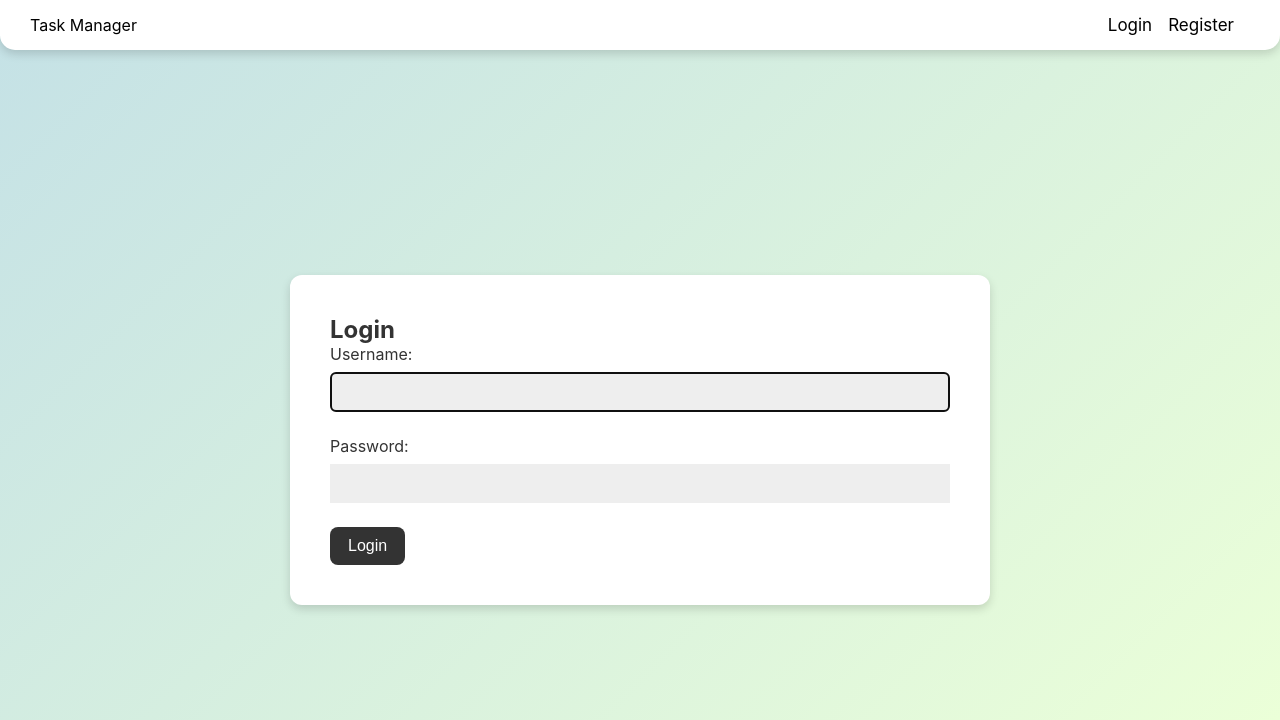
Repository: moatazbenma/fullstack-projects
Page: http://localhost/login/
An editor plug-in stored every save of this project. The page is shown before and after a run of saves, followed by the edit.
The browser window is 1280 px wide. The pictures show the whole page.
The page is served by the project's application, run on Django 5.2 (taskmanager/manage.py). Other server files are loaded and not shown.

Above is the page before, as saved 2025-06-01 13:42:36.

### taskmanager/tasks/templates/tasks/login.html
{% extends "tasks/base.html" %}
{% block title %}Login{% endblock title %}




{% block content %}
<h2>Login</h2>
<form method="post">
    {% csrf_token %}
    {{form.as_p}}
    <button type="submit">Login</button>
</form>




{% endblock content %}

### taskmanager/tasks/templates/tasks/base.html
{% load static %}
<html lang="en">
<head>
    <meta charset="UTF-8">
    <meta name="viewport" content="width=device-width, initial-scale=1.0">
    <title>{% block title %}Task Manager{% endblock title %}</title>
    <link rel="stylesheet" href="{% static "tasks/style.css" %}">
</head>
<body>
    <nav>
        <a class="logo" href="{% url "task-list" %}">Task Manager</a>
        <div class="nav-links">
        {% if user.is_authenticated %}
        <p class="user-info">Hello, {{user.username}}!</p>
                <a href="{% url "task-list" %}">Tasks</a>
                <a href="{% url "about_us"%}">About Us</a>
                <a href="{% url "logout" %}">Log Out</a>
        {%else%}

                <a href="{% url 'login' %}">Login</a>
                <a href="{% url 'register' %}">Register</a>
        {% endif %}
        <div class="nav-links">

    </nav>
    <div class="container">
        {% block content %}{% endblock %}
    </div>
</body>
</html>

### taskmanager/tasks/views.py
from django.shortcuts import render, redirect, get_object_or_404
from django.contrib.auth import login, logout
from django.contrib.auth.forms import AuthenticationForm
from django.contrib.auth.decorators import login_required
from .models import Task
from .forms import RegisterForm, TaskForm

def register_view(request):
    if request.method == 'POST':
        form = RegisterForm(request.POST)
        if form.is_valid():
            user = form.save()
            login(request, user)
            return redirect('task-list')
    else:
        form = RegisterForm()
    return render(request, 'tasks/register.html', {'form': form})

def login_view(request):
    if request.method == 'POST':
        form = AuthenticationForm(data=request.POST)
        if form.is_valid():
            user = form.get_user()
            login(request, user)
            return redirect('task-list')
    else:
        form = AuthenticationForm()
    return render(request, 'tasks/login.html', {'form': form})

def logout_view(request):
    logout(request)
    return redirect('login')

@login_required
def task_list(request):
    priority_filter = request.GET.get('priority')
    tasks = Task.objects.filter(user_id=request.user.id)

    if priority_filter in ['high', 'medium', 'low']:
        tasks = tasks.filter(priority=priority_filter)

    return render(request, 'tasks/task-list.html', {'tasks': tasks, 'selected_priority': priority_filter})

@login_required
def task_create(request):
    if request.method == 'POST':
        form = TaskForm(request.POST)
        if form.is_valid():
            task = form.save(commit=False)
            task.user = request.user
            task.save()
            return redirect('task-list')
    else:
        form = TaskForm()
    return render(request, 'tasks/task-form.html', {'form': form})

@login_required
def task_edit(request, pk):
    task = get_object_or_404(Task, pk=pk, user_id=request.user.id)
    if request.method == 'POST':
        form = TaskForm(request.POST, instance=task)
        if form.is_valid():
            form.save()
            return redirect('task-list')
    else:
        form = TaskForm(instance=task)
    return render(request, 'tasks/task-form.html', {'form': form})

@login_required
def task_delete(request, pk):
    task = get_object_or_404(Task, pk=pk, user_id=request.user.id)
    task.delete()
    return redirect('task-list')



@login_required
def about_us(request):
    return render(request, 'tasks/about_us.html')

### taskmanager/taskmanage/urls.py
"""
URL configuration for taskmanage project.

The `urlpatterns` list routes URLs to views. For more information please see:
    https://docs.djangoproject.com/en/5.2/topics/http/urls/
Examples:
Function views
    1. Add an import:  from my_app import views
    2. Add a URL to urlpatterns:  path('', views.home, name='home')
Class-based views
    1. Add an import:  from other_app.views import Home
    2. Add a URL to urlpatterns:  path('', Home.as_view(), name='home')
Including another URLconf
    1. Import the include() function: from django.urls import include, path
    2. Add a URL to urlpatterns:  path('blog/', include('blog.urls'))
"""
from django.contrib import admin
from django.urls import path, include

urlpatterns = [
    path('admin/', admin.site.urls),
    path('', include('tasks.urls')),
]

### taskmanager/tasks/urls.py
from django.urls import path
from . import views
from django.conf import settings
from django.conf.urls.static import static

urlpatterns = [
    path('register/', views.register_view, name='register'),
    path('login/', views.login_view, name='login'),
    path('logout/', views.logout_view, name='logout'),
    path('', views.task_list, name='task-list'),
    path('add/', views.task_create, name='task-create'),
    path('edit/<int:pk>/', views.task_edit, name='task-edit'),
    path('delete/<int:pk>/', views.task_delete, name='task-delete'),
    path('about/', views.about_us, name="about_us"),
]

### taskmanager/tasks/static/tasks/style.css
*{
    margin: 0;
    padding: 0;
    box-sizing: border-box;
}

body{
    padding-top: 100px;
    font-family: 'Inter', sans-serif;
    background: linear-gradient(135deg, #C4E1E6, #EBFFD8)	;
    color: #333
}

nav{
    background-color: #ffffff;
    color: #000000;
    padding: 15px 30px;
    display: flex;
    justify-content: flex-end;
    align-items: center;
    gap: 20px;
    box-shadow: 0 4px 10px rgba(0, 0, 0, 0.15);
    border-radius: 0 0 15px 15px;
    position: fixed;
    top: 0;
    width: 100%;
    z-index: 100;
    white-space: nowrap;
}

nav .nav-links a{
    color: black;
    text-decoration: none;
    margin-right: 16px;
    font-weight: 400;
    font-size: 17px;
}

nav .nav-links a:hover{
    color: #333;
}

@media (min-width: 1024px) {
  body {
    display: flex;
    justify-content: center;
    align-items: center;
  }
}


.container{
    background-color: white;
    padding: 40px;
    margin: 100px auto 40px auto;
    border-radius: 12px;
    box-shadow: 0 4px 10px rgba(0, 0, 0, 0.15);
    width: 100%;
    max-width: 700px;
}

ul{
    list-style-type: none;
}


li{
    background-color:  #f5f7fa;
    padding: 15px 20px;
    border-radius: 10px;
    margin-bottom: -15px;
    margin-top: 25px;
    font-size: 15px;
    display: flex;
    justify-content: space-between;
    box-shadow: 0 2px 5px rgba(0,0,0,0.1);
    border: 1px solid #e0e0e0;
    color: #3d3c3c;
    align-items: center;



}

li.high {
    border-left: 6px solid #f44336;
}

li.medium {
    border-left: 6px solid #ff9800;
}

li.low {
    border-left: 6px solid #4caf50;
}



li:hover{
    background-color: #ffffff;
    box-shadow: 0 2px 5px rgba(0,0,0,0.1);

}



button,input[type="submit"]{
    background-color: #333;
    color: white;
    padding: 10px 18px;
    border: none;
    border-radius: 8px;
    font-size: 16px;
    cursor: pointer;
}


input{
    background-color: #eee;
    border: none;
    padding: 12px 15px;
    margin: 8px 0;
    width: 100%;
}

button:hover,input[type="submit"]{
    background-color: #00bcd4;
}



.form-container{
    display: flex;
    flex-direction: column;
    gap: 12px;
}

input[type="text"], textarea{
    padding: 10px;
    border: 1px solid #ccc;
    border-radius: 6px;
    font-size: 16px;
}




.addtask{
    background: rgb(255, 255, 255);
    color: #3d3c3c;
    padding: 15px 20px;
    border-radius: 25px;
    text-decoration: none;
    font-weight: bold;
    font-size: 16px;
    margin-bottom: 20px;
    font-weight: 600;
    background: #f5f7fa;

}

.addtask:hover{
    background-color: #f5f7fa;
    color: black;
}

.form-container{
    background: #f4f4f4;
    padding: 2rem;
    border-radius: 10px;
    box-shadow: 0 0 10px rgba(0,0,0,0.1);
    font-family: Arial, Helvetica, sans-serif;
}


.form-container h2{
    margin-bottom: 2rem;
    color: #333;
    text-align: center;
}


form p {
  margin-bottom: 1rem;

}

input[type="checkbox"]{
    margin-left: -200px;
}




input[type="text"],
textarea,
select {
  width: 100%;
  padding: 0.6rem;
  border: 1px solid #ccc;
  border-radius: 5px;
  font-size: 1rem;
  box-sizing: border-box;
}



.back{
    background-color: #C4E1E6;
    box-shadow: 0 1px 3px rgba(0,0,0,0.1);
    color: white;
    padding: 15px 20px;
    border-radius: 8px;
    text-decoration: none;
    font-weight: bold;
    font-size: 16px;
    padding: 10px;
    text-decoration: none;
    display: flex;
    justify-content: space-evenly;
    width: 100%;
}


.priority-legend{
    display: flex;
    justify-content: space-around;
    margin-bottom: 20px;
    align-items: center;
    font-size: 16px;
}


.legend-item{
    display: inline-block;
    width: 20px;
    height: 20px;
    margin-right: 5px;
    border-radius: 50%;
}


.legend-item.high{
    background-color: #f44336;
}

.legend-item.medium {
  background-color: #ff9800;
}

.legend-item.low {
  background-color: #4caf50;
}


.icon-btn {
  background: none;
  border: none;
  font-size: 16px;
  cursor: pointer;
  margin: 0 4px;
}
.icon-btn:hover {
     transform: scale(1.2);
     background-color: #c2c2c2;
}

.about-container{
    background: white;
    padding: 30px;
    border-radius: 30px;
    text-align: center;
    margin: auto;
    max-width: 700px;

}

.about-container img{
    width: 120px;
    height: 120px;
    border-radius: 50%;
    object-fit: cover;
    margin-bottom: 20px;
}

.about-container h2{
    margin: 12px 0;
}

.about-container p{
    text-align: justify;
    letter-spacing: 2px;
    line-height: 50px;
    font-size: 17px;
    color: #333;
}



.social-buttons{
  margin-top: 20px;
  display: flex;
  gap: 15px;
  justify-content: space-around;


}

.fa {
  text-decoration: none;
  color: white;
  padding: 10px 16px;
  border-radius: 6px;
  font-size: 14px;
  transition: background-color 0.3s ease;
  display: flex;
  align-items: center;
  gap: 6px;


}


.fa.fa-github{
    background: #24292e;
    color: rgb(255, 255, 255);
}

.fa.fa-linkedin{
    background-color: #0077b5;
    color: rgb(255, 255, 255);
}

.fa.fa-instagram{
    background-color: #E1306C;
    color: rgb(255, 255, 255);
}



.logo{
    margin-right: auto;
    text-decoration: none;
    color: black;
    font-size: &px;
}





.nav-links {
  display: flex; /* Enable flexbox for layout control */
  align-items: center; /* Vertically align items */
  /* Add other styling for your navigation bar */
}

.user-info {
  margin-left: auto;
  margin-right: 15px;
}

After the next 2 saves:
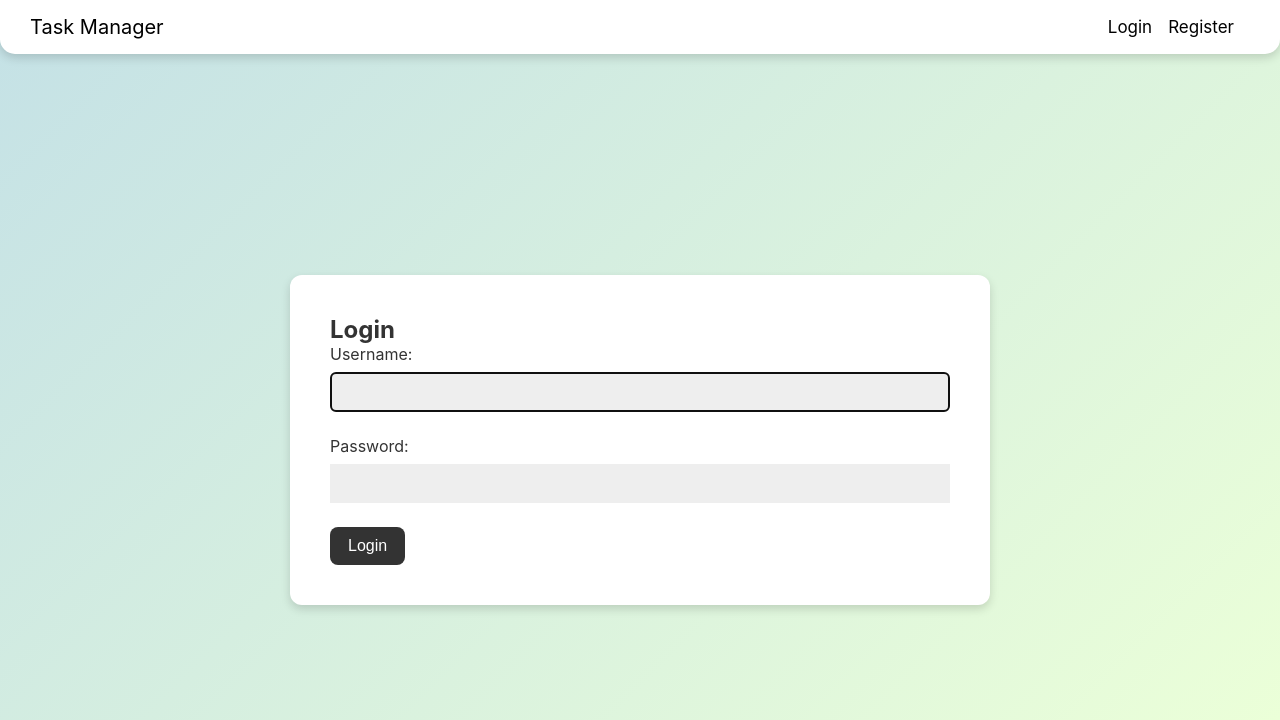
The 2 saves are shown as one change because they came seconds apart.
The last was saved 7 s later.
--- a/taskmanager/tasks/static/tasks/style.css
+++ b/taskmanager/tasks/static/tasks/style.css
@@ -342,7 +342,7 @@ select {
     margin-right: auto;
     text-decoration: none;
     color: black;
-    font-size: &px;
+    font-size: 20px;
 }
 
 
